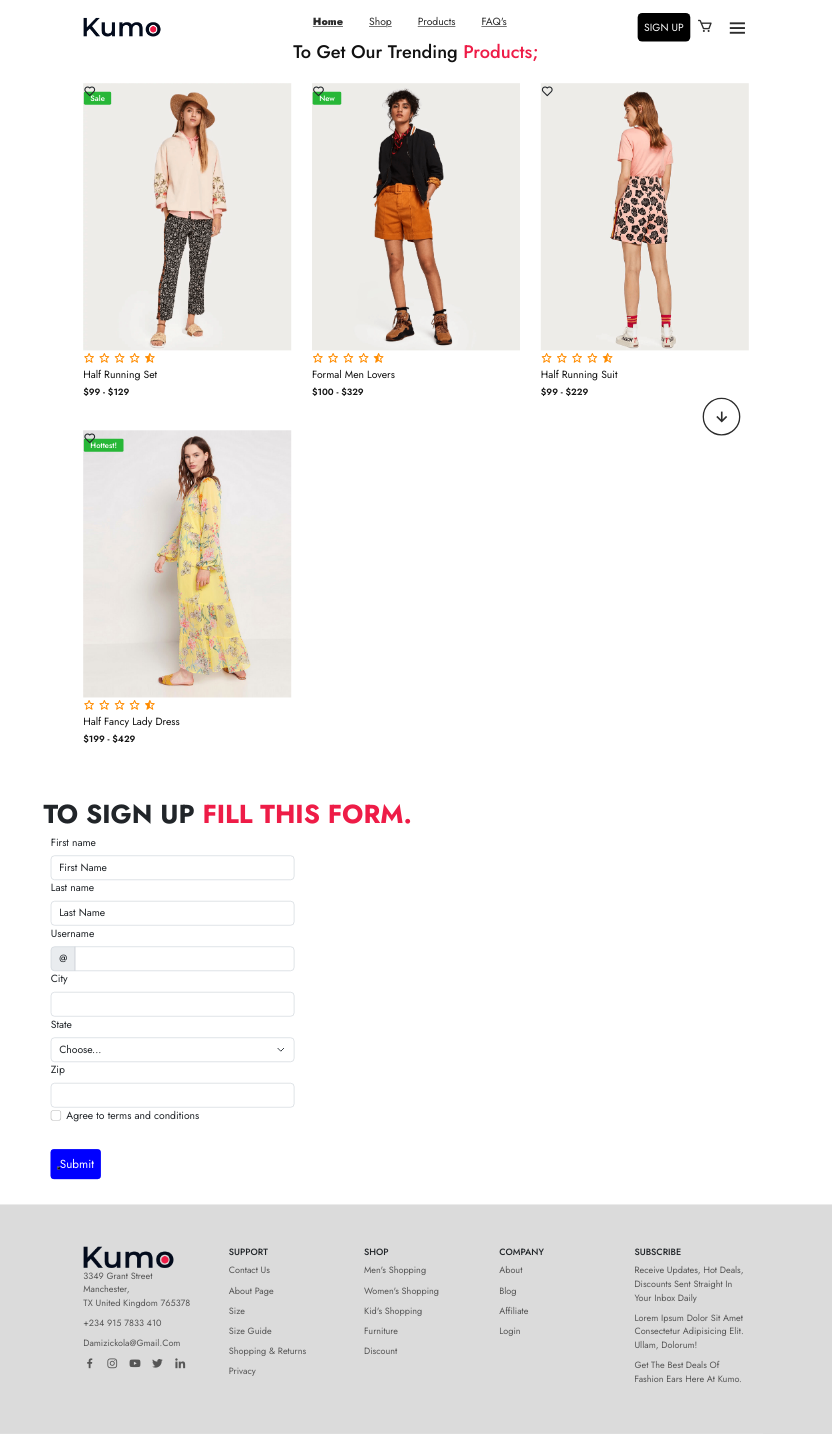
Repository: isaacCodes1/Kumo-Website.
Page: form.html
The author's editor kept a copy of each file at every save. The page is drawn from the files as they stood at one save, then again after a run of saves.
The browser window is 1280 px wide. The pictures show the whole page, at 65% of full size.

Above is the page before, as saved 2024-03-26 11:20:57.

### form.html
<!DOCTYPE html>
<html lang="en">
  <head>
    <meta charset="UTF-8" />
    <meta name="viewport" content="width=device-width, initial-scale=1.0" />
    <link rel="stylesheet" href="style.css" />
    <link rel="stylesheet" href="Mediaquery.css" />
    <link rel="preconnect" href="https://fonts.googleapis.com" />
    <link rel="preconnect" href="https://fonts.gstatic.com" crossorigin />
    <link
      href="https://fonts.googleapis.com/css2?family=Bricolage+Grotesque:opsz,wght@12..96,200..800&family=Jost:ital,wght@0,100..900;1,100..900&family=Montserrat:ital,wght@0,100..900;1,100..900&family=Poppins:ital,wght@0,100;0,200;0,300;0,400;0,500;0,600;0,700;0,800;0,900;1,100;1,200;1,300;1,400;1,500;1,600;1,700;1,800;1,900&display=swap"
      rel="stylesheet"
    />
    <link
      rel="stylesheet"
      href="https://cdnjs.cloudflare.com/ajax/libs/font-awesome/6.5.1/css/all.min.css"
      integrity="sha512-DTOQO9RWCH3ppGqcWaEA1BIZOC6xxalwEsw9c2QQeAIftl+Vegovlnee1c9QX4TctnWMn13TZye+giMm8e2LwA=="
      crossorigin="anonymous"
      referrerpolicy="no-referrer"
    />
    <link
      rel="stylesheet"
      href="https://unpkg.com/boxicons@latest/css/boxicons.min.css"
    />
    <link
      href="https://cdn.jsdelivr.net/npm/bootstrap@5.2.3/dist/css/bootstrap.min.css"
      rel="stylesheet"
      integrity="sha384-rbsA2VBKQhggwzxH7pPCaAqO46MgnOM80zW1RWuH61DGLwZJEdK2Kadq2F9CUG65"
      crossorigin="anonymous"
    />
    <script
      src="https://cdn.jsdelivr.net/npm/bootstrap@5.2.3/dist/js/bootstrap.bundle.min.js"
      integrity="sha384-kenU1KFdBIe4zVF0s0G1M5b4hcpxyD9F7jL+jjXkk+Q2h455rYXK/7HAuoJl+0I4"
      crossorigin="anonymous"
    ></script>
    <title>Document</title>
  </head>
  <body>
    <header>
      <a href="index.html" class="logo"><img src="Assets/logo.png" alt="" /></a>
      <ul class="navmenu">
        <li><a style="font-weight: 900" href="index.html">Home</a></li>
        <li><a href="shop.html">Shop</a></li>
        <li><a href="products.html">Products</a></li>
        <li><a href="Questions.html">FAQ's</a></li>
      </ul>
      <div class="nav-icon">
        <button class="yes">SIGN UP</button>
        <a href="#"><i class="bx bx-cart"></i></a>
        <div class="bx bx-menu" id="menu-icon"></div>
      </div>
    </header>
    <!-- <trending-products-section-->
    <section class="trending-product" id="trending">
      <div class="center-text">
        <h2>To Get Our Trending <span>Products;</span></h2>
      </div>
      <div class="products">
        <div class="row">
          <img src="/Assets/1.jpg" alt="" />
          <div class="product-text">
            <h5>Sale</h5>
          </div>
          <div class="heart-icon">
            <i class="bx bx-heart"></i>
          </div>
          <div class="ratting">
            <i class="bx bx-star"></i>
            <i class="bx bx-star"></i>
            <i class="bx bx-star"></i>
            <i class="bx bx-star"></i>
            <i class="bx bxs-star-half"></i>
          </div>
          <div class="price">
            <h4>Half Running Set</h4>
            <p>$99 - $129</p>
          </div>
        </div>

        <div class="row">
          <img src="/Assets/2.jpg" alt="" />
          <div class="product-text">
            <h5>New</h5>
          </div>
          <div class="heart-icon">
            <i class="bx bx-heart"></i>
          </div>
          <div class="ratting">
            <i class="bx bx-star"></i>
            <i class="bx bx-star"></i>
            <i class="bx bx-star"></i>
            <i class="bx bx-star"></i>
            <i class="bx bxs-star-half"></i>
          </div>
          <div class="price">
            <h4>Formal Men Lovers</h4>
            <p>$100 - $329</p>
          </div>
        </div>
        <div class="row">
          <img src="/Assets/3.jpg" alt="" />
          <div class="heart-icon">
            <i class="bx bx-heart"></i>
          </div>
          <div class="ratting">
            <i class="bx bx-star"></i>
            <i class="bx bx-star"></i>
            <i class="bx bx-star"></i>
            <i class="bx bx-star"></i>
            <i class="bx bxs-star-half"></i>
          </div>
          <div class="price">
            <h4>Half Running Suit</h4>
            <p>$99 - $229</p>
          </div>
        </div>
        <div class="row">
          <img src="/Assets/4.jpg" alt="" />
          <div class="product-text">
            <h5>Hottest!</h5>
          </div>
          <div class="heart-icon">
            <i class="bx bx-heart"></i>
          </div>
          <div class="ratting">
            <i class="bx bx-star"></i>
            <i class="bx bx-star"></i>
            <i class="bx bx-star"></i>
            <i class="bx bx-star"></i>
            <i class="bx bxs-star-half"></i>
          </div>
          <div class="price">
            <h4>Half Fancy Lady Dress</h4>
            <p>$199 - $429</p>
          </div>
        </div>
      </div>
      <div class="down-arrow">
        <a href="#contact-info" class="down"
          ><i class="bx bx-down-arrow-alt"></i
        ></a>
      </div>
    </section>
    <h1 class="final">TO SIGN UP <span> FILL THIS FORM.</span></h1>
    <form class="container g-3 needs-validation" novalidate>
      <div class="col-md-4">
        <label for="validationCustom01" class="form-label">First name</label>
        <input
          type="text"
          class="form-control"
          id="validationCustom01"
          value="First Name"
          name="first_name"
          required
        />
        <div class="valid-feedback">Looks good!</div>
      </div>
      <div class="col-md-4">
        <label for="validationCustom02" class="form-label">Last name</label>
        <input
          type="text"
          name="last_name"
          id="last_name"
          class="form-control"
          id="validationCustom02"
          value="Last Name"
          required
        />
        <div class="valid-feedback">Looks good!</div>
      </div>
      <div class="col-md-4">
        <label for="validationCustomUsername" class="form-label"
          >Username</label
        >
        <div class="input-group has-validation">
          <span class="input-group-text" id="inputGroupPrepend">@</span>
          <input
            type="text"
            id="username"
            name="username"
            class="form-control"
            id="validationCustomUsername"
            aria-describedby="inputGroupPrepend"
            required
          />
          <div class="invalid-feedback">Please choose a username.</div>
        </div>
      </div>
      <div class="col-md-4">
        <label for="validationCustom03" class="form-label">City</label>
        <input
          type="text"
          class="form-control"
          id="validationCustom03"
          required
        />
        <div class="invalid-feedback">Please provide a valid city.</div>
      </div>
      <div class="col-md-4">
        <label for="validationCustom04" class="form-label">State</label>
        <select class="form-select" id="validationCustom04" required>
          <option selected disabled value="">Choose...</option>
          <option>Kwara State</option>
          <option>Lagos State</option>
          <option>Ogun State</option>
        </select>
        <div class="invalid-feedback">Please select a valid state.</div>
      </div>
      <div class="col-md-4">
        <label for="validationCustom05" class="form-label">Zip</label>
        <input
          type="text"
          class="form-control"
          id="validationCustom05"
          required
        />
        <div class="invalid-feedback">Please provide a valid zip.</div>
      </div>
      <div class="col-12">
        <div class="form-check">
          <input
            class="form-check-input"
            type="checkbox"
            value=""
            id="invalidCheck"
            required
          />
          <label class="form-check-label mb-5" for="invalidCheck">
            Agree to terms and conditions
          </label>
          <div class="invalid-feedback">You must agree before submitting.</div>
        </div>
      </div>
      <div class="col-12 mb-5">
        <a class="button3" href="alert.html"><button></button>Submit</a>
      </div>
    </form>
    <!-- contact-section -->

    <section class="contact">
      <div class="contact-info" id="contact-info">
        <div class="first-info">
          <img src="/Assets/logo.png" alt="" />
          <p>3349 Grant street Manchester, <br />TX United kingdom 765378</p>
          <p>+234 915 7833 410</p>
          <a href="https://mail.google.com/mail/u/0/#inbox"
            ><p>damizickola@gmail.com</p></a
          >

          <div class="social-icon">
            <a href="https://www.facebook.com/profile.php?id=61551880766580"
              ><i class="bx bxl-facebook"></i
            ></a>
            <a href="https://instagram.com"><i class="bx bxl-instagram"></i></a>
            <a href="https://www.youtube.com/watch?v=FaNTVjATYHQ"
              ><i class="bx bxl-youtube"></i
            ></a>
            <a href="#"><i class="bx bxl-twitter"></i></a>
            <a href="#"><i class="bx bxl-linkedin"></i></a>
          </div>
        </div>
        <div class="second-info">
          <h4>Support</h4>
          <p>Contact Us</p>
          <p>About Page</p>
          <p>Size</p>
          <p>Size Guide</p>
          <p>Shopping & Returns</p>
          <p>Privacy</p>
        </div>

        <div class="third-info">
          <h4>Shop</h4>
          <p>Men's Shopping</p>
          <p>Women's Shopping</p>
          <p>Kid's Shopping</p>
          <p>Furniture</p>
          <p>Discount</p>
        </div>
        <div class="fourth-info">
          <h4>Company</h4>
          <p>About</p>
          <p>Blog</p>
          <p>Affiliate</p>
          <p>Login</p>
        </div>

        <div class="five">
          <h4>Subscribe</h4>
          <p>
            Receive Updates, Hot Deals, Discounts Sent Straight In your Inbox
            Daily
          </p>
          <p>
            Lorem ipsum dolor sit amet consectetur adipisicing elit. Ullam,
            dolorum!
          </p>
          <p>Get The Best Deals Of Fashion ears Here At Kumo.</p>
        </div>
      </div>
    </section>
  </body>
  <script
    src="https://cdn.jsdelivr.net/npm/@popperjs/core@2.11.6/dist/umd/popper.min.js"
    integrity="sha384-oBqDVmMz9ATKxIep9tiCxS/Z9fNfEXiDAYTujMAeBAsjFuCZSmKbSSUnQlmh/jp3"
    crossorigin="anonymous"
  ></script>
  <script
    src="https://cdn.jsdelivr.net/npm/bootstrap@5.2.3/dist/js/bootstrap.min.js"
    integrity="sha384-cuYeSxntonz0PPNlHhBs68uyIAVpIIOZZ5JqeqvYYIcEL727kskC66kF92t6Xl2V"
    crossorigin="anonymous"
  ></script>
  <script src="java.js"></script>
</html>

### Mediaquery.css
@media (890px) {
  header {
    padding: 20px 3%;
    transition: 0.4s;
  }
  .center-text h2 {
    font-size: 12px;
  }
}
@media (max-width: 630px) {
  .main-text h1 {
    font-size: 50px;
    transition: 0.4s;
  }
  .main-text p {
    font-size: 18px;
    transition: 0.4s;
  }
  .main-btn {
    padding: 10px 20px;
    transition: 0.4s;
  }
  .center-text h2 {
    font-size: 12px;
  }
}
@media (max-width: 750px) {
  .navmenu {
    position: absolute;
    top: 100%;
    right: -100%;
    width: 300px;
    height: 130vh;
    background: #edfff1;
    display: flex;
    flex-direction: column;
    align-items: center;
    padding: 120px 30px;
    transition: all 0.42s;
  }
  .navmenu a {
    display: block;
    margin: 18px 0;
  }
  .navmenu.open {
    right: 0;
  }
  .center-text h2 {
    font-size: 12px;
  }
}
@media (max-width: 700px) {
  .center-text h2 {
    font-size: 0;
  }
  .header {
    margin-bottom: 20px;
    color: #000;
  }
  .cart {
    align-items: center;
    display: flex;
    flex-direction: column;
  }
  .cart img {
    width: 270px;
    margin-right: 80px;
  }
  .cart p {
    font-size: 10px;
    margin-right: 80px;
  }
  .cart h4 {
    font-size: 12px;
    margin-right: 80px;
  }
  .cart h6 {
    font-size: 10px;
    margin-right: 80px;
  }
  .contact-info {
    display: flex;
    flex-direction: column;
    align-items: center;
  }
  .center-text1 h2 {
    font-size: 25px;
  }
  .navmenu {
    padding-bottom: 30px;
  }
}

Loaded but not shown: java.js (13 lines, source omitted); style.css (452 lines, source omitted)

After the next 3 saves:
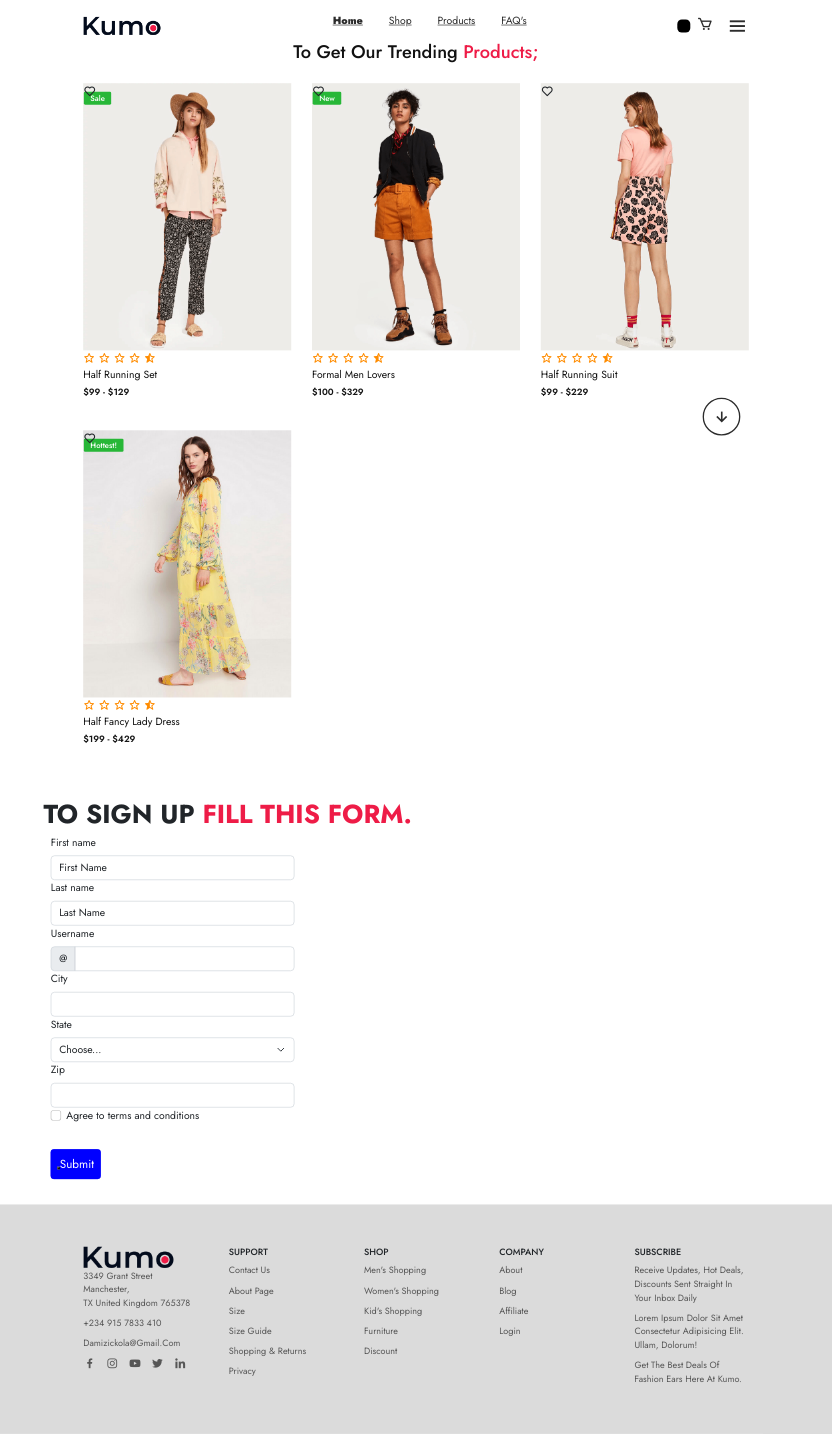
The 3 saves are shown as one change because they came seconds apart.
The last was saved 20 s later.
--- a/form.html
+++ b/form.html
@@ -45,7 +45,7 @@
         <li><a href="Questions.html">FAQ's</a></li>
       </ul>
       <div class="nav-icon">
-        <button class="yes">SIGN UP</button>
+        <a href="" class="yes"></a>
         <a href="#"><i class="bx bx-cart"></i></a>
         <div class="bx bx-menu" id="menu-icon"></div>
       </div>

After the 2 saves that followed:
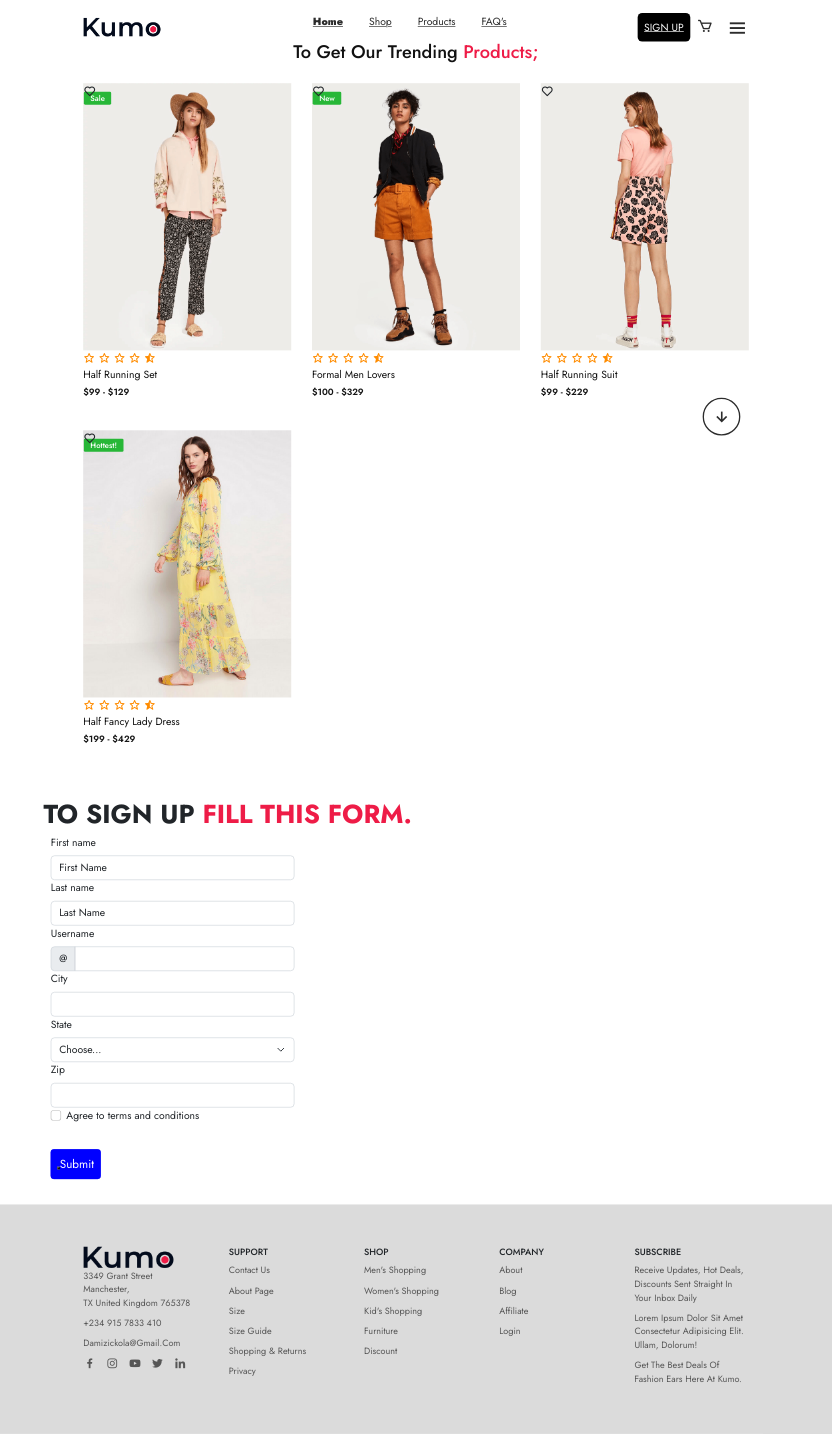
The 2 saves are shown as one change because 1 left the picture as it was.
The last was saved 11 s later.
--- a/form.html
+++ b/form.html
@@ -45,7 +45,7 @@
         <li><a href="Questions.html">FAQ's</a></li>
       </ul>
       <div class="nav-icon">
-        <a href="" class="yes"></a>
+        <a href="form.html" class="yes">SIGN UP</a>
         <a href="#"><i class="bx bx-cart"></i></a>
         <div class="bx bx-menu" id="menu-icon"></div>
       </div>
